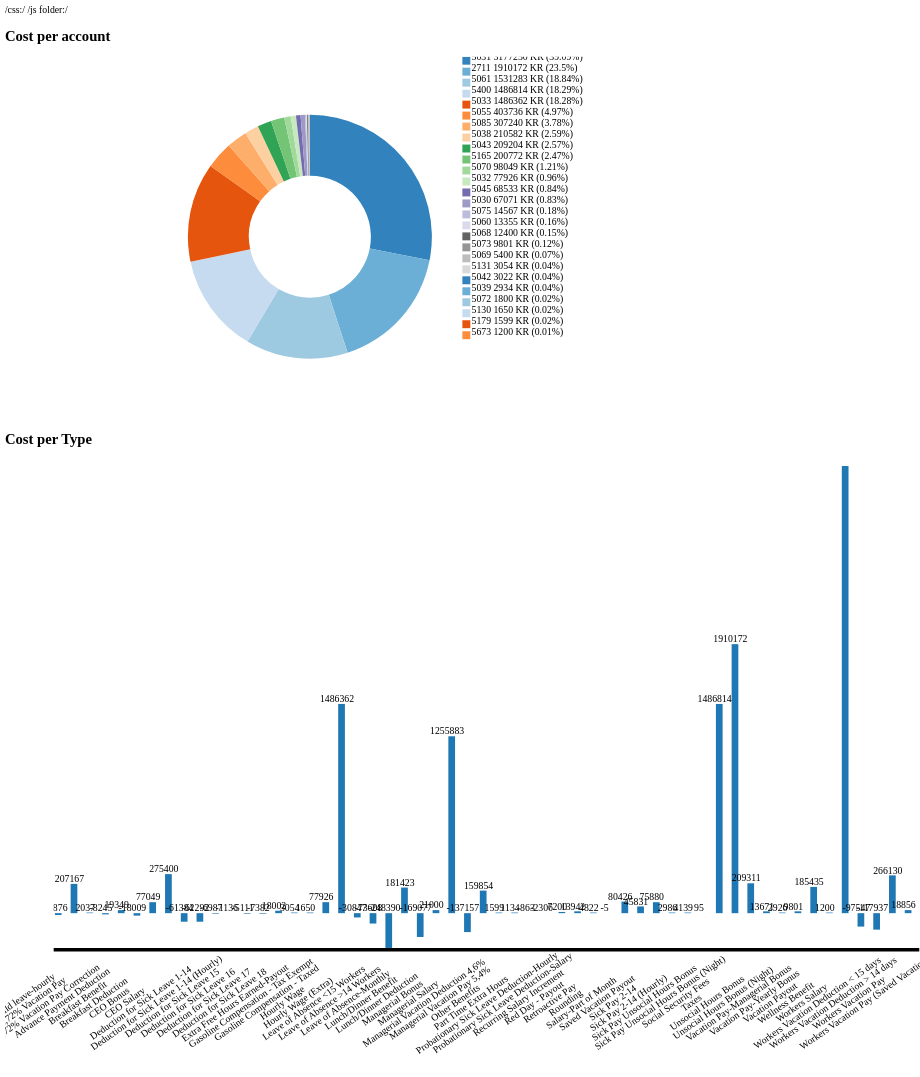
Repository: Code-Institute-Submissions/danfiliphoff-Milestoneproject-2
Page: account.html
The author's editor kept a record of every edit. The page is drawn from the files as they stood at one moment, then again after the next edit.
The browser window is 1280 px wide. The page is 1508 px wide, so the pictures cover 1508 px, including what lies to the right of the window. The pictures show the whole page, at 61% of full size.

Above is the page before.
Console error: TypeError: Cannot read properties of null (reading 'textContent')

After the next edit:
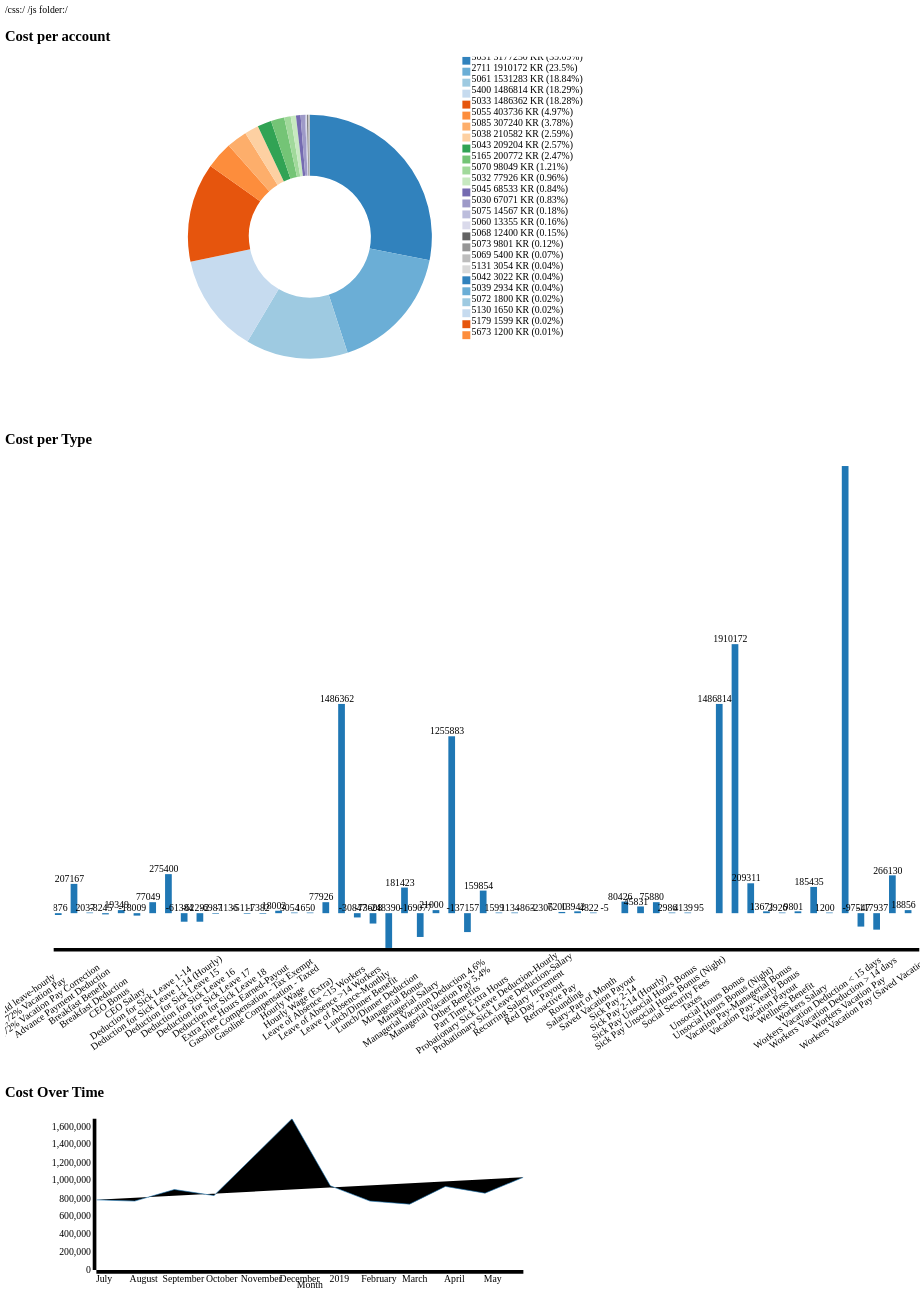
The error is gone.
The edit:
--- a/account.html
+++ b/account.html
@@ -33,6 +33,11 @@
             <h2>Cost per Type</h2>
             <div id="Cost-Per-Type"></div>
         </div>
+         <!--*****Bar Chart******-->
+        <div>
+            <h2>Cost Over Time</h2>
+            <div id="Cost-Over-Time"></div>
+        </div>
     </div>
 
     <footer>
